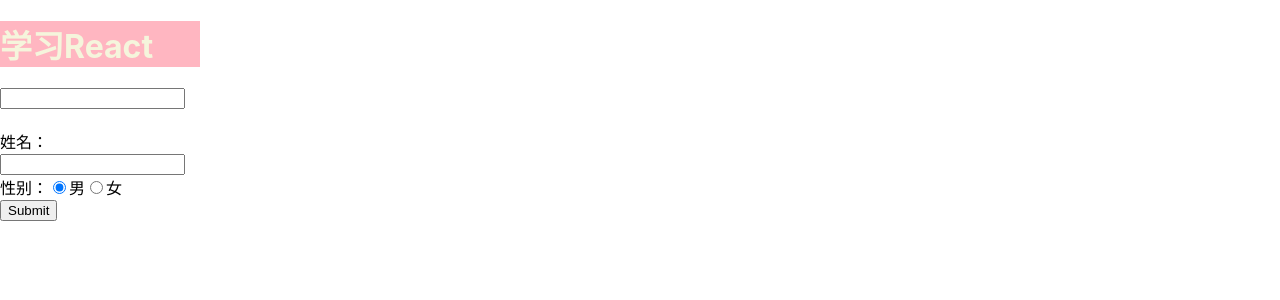
Repository: zhenzhen-gong/react-learning
Page: /user
The author's editor kept a copy of each file at every save. The page is drawn from the files as they stood at one save, then again after the next save.
The browser window is 1280 px wide. The pictures show the whole page.
The project was rebuilt for these pictures with package versions that can differ from the ones it lists, and the page was loaded fresh each time.

Above is the page before, as saved 2021-04-16 14:48:04.

After the next save:
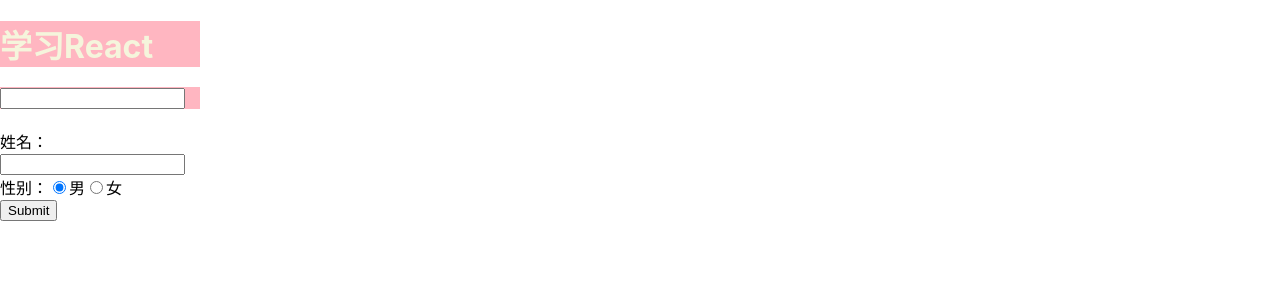
Saved 27 s later.
--- a/src/App.css
+++ b/src/App.css
@@ -6,5 +6,6 @@ h1 {
   margin-bottom:  20px;
 }
 .input-test {
+  background-color: lightpink;
   margin-bottom:  20px;
 }
